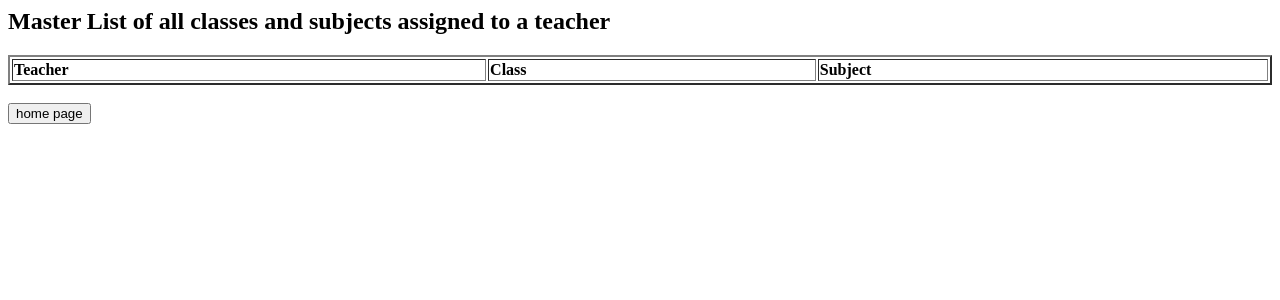
Repository: anithagnana123/Simplilearn_Phase2_project
Page: http://localhost/phase2-project/viewclasssubteach.jsp
These files come from the project's save history. The page is drawn as it stood at one moment and after the next save; the edit follows.
The browser window is 1280 px wide. The pictures show the whole page.
The page is served by Tomcat 9. Queries for data that is not in the repository find no rows.

Above is the page before, as saved 2022-10-24 09:05:59.

After the next save:
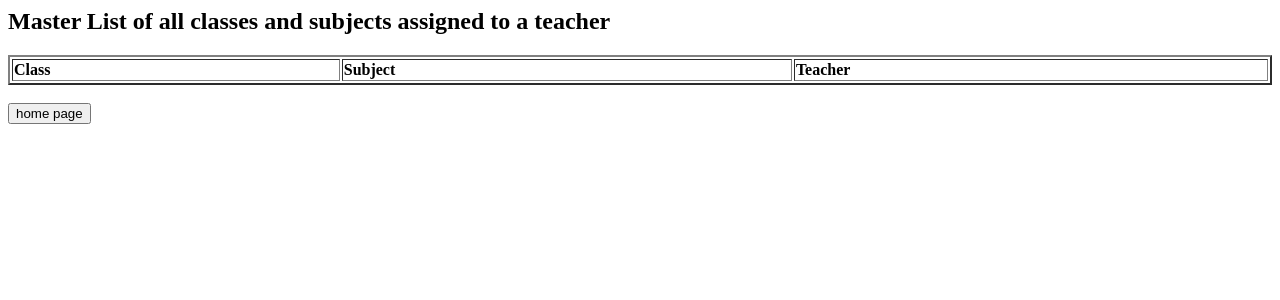
Saved 95 s later.
--- a/phase2-project/src/main/webapp/viewclasssubteach.jsp
+++ b/phase2-project/src/main/webapp/viewclasssubteach.jsp
@@ -16,20 +16,20 @@
 
 <h2>Master List of all classes and subjects assigned to a teacher</h2>
 <sql:query var="rs" dataSource="${database}">
-    SELECT * FROM teacher_class_subject order by teacher_id asc;
+    SELECT * FROM class_sub_teach order by teacher_id asc;
 </sql:query>
 <table border="2" width="100%">
     <tr>
-        <td><b>Teacher</b></td>
         <td><b>Class</b></td>
         <td><b>Subject</b></td>
+         <td><b>Teacher</b></td>
     </tr>
 
-    <c:forEach var="teach_class_sub" items="${rs.rows}">
+    <c:forEach var="class_sub_teach" items="${rs.rows}">
         <tr>
-            <td> <c:out value="${teach_class_sub.teacher_id}"/> </td>
-            <td> <c:out value="${teach_class_sub.class_sec}"/> </td>
-            <td> <c:out value="${teach_class_sub.subject}"/> </td>
+            <td> <c:out value="${class_sub_teach.class_sec}"/> </td>
+            <td> <c:out value="${class_sub_teach.subject}"/> </td>
+            <td> <c:out value="${class_sub_teach.teacher_id}"/> </td>
         </tr>
     </c:forEach>
 </table>
